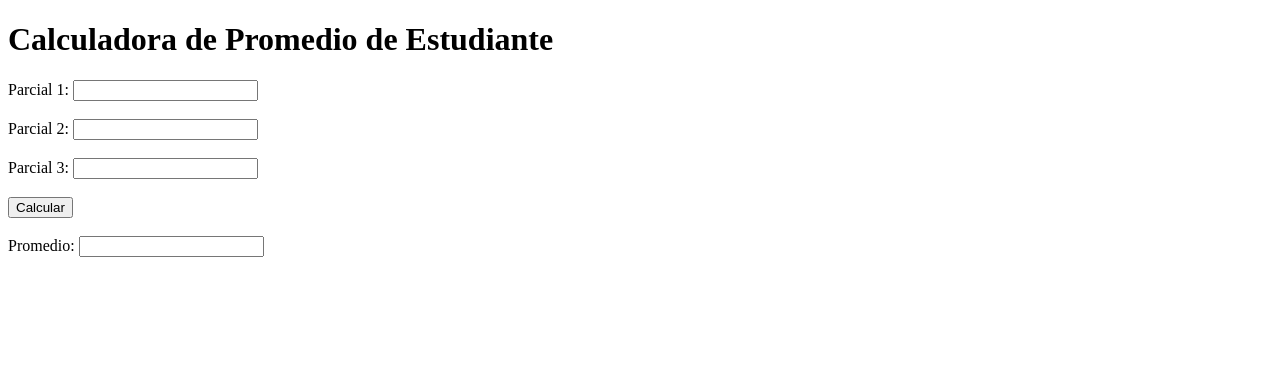
Repository: JoyMoGas/javascript-learn
Page: popo.html
An editor plug-in stored every save of this project. The page is shown before and after the next save, followed by the edit.
The browser window is 1280 px wide. The pictures show the whole page.

Above is the page before, as saved 2024-05-13 22:30:18.

### popo.html
<!DOCTYPE html>
<html lang="es">
<head>
    <meta charset="UTF-8">
    <meta name="viewport" content="width=device-width, initial-scale=1.0">
    <title>Calculadora de Promedio</title>
    <script>
        function calcularPromedio() {
            // Obtener los valores de los tres parciales
            var parcial1 = parseFloat(document.getElementById('parcial1').value) || 0;
            var parcial2 = parseFloat(document.getElementById('parcial2').value) || 0;
            var parcial3 = parseFloat(document.getElementById('parcial3').value) || 0;

            // Calcular el promedio
            var promedio = (parcial1 + parcial2 + parcial3) / 3;

            // Mostrar el resultado en el input de resultado
            document.getElementById('resultado').value = promedio.toFixed(2);
        }
    </script>
</head>
<body>
    <h1>Calculadora de Promedio de Estudiante</h1>
    <form onsubmit="event.preventDefault(); calcularPromedio();">
        <label for="parcial1">Parcial 1:</label>
        <input type="text" id="parcial1"><br><br>
        <label for="parcial2">Parcial 2:</label>
        <input type="text" id="parcial2"><br><br>
        <label for="parcial3">Parcial 3:</label>
        <input type="text" id="parcial3"><br><br>
        <button type="submit">Calcular</button><br><br>
        <label for="resultado">Promedio:</label>
        <input type="text" id="resultado" readonly><br><br>
    </form>
</body>
</html>

After the next save:
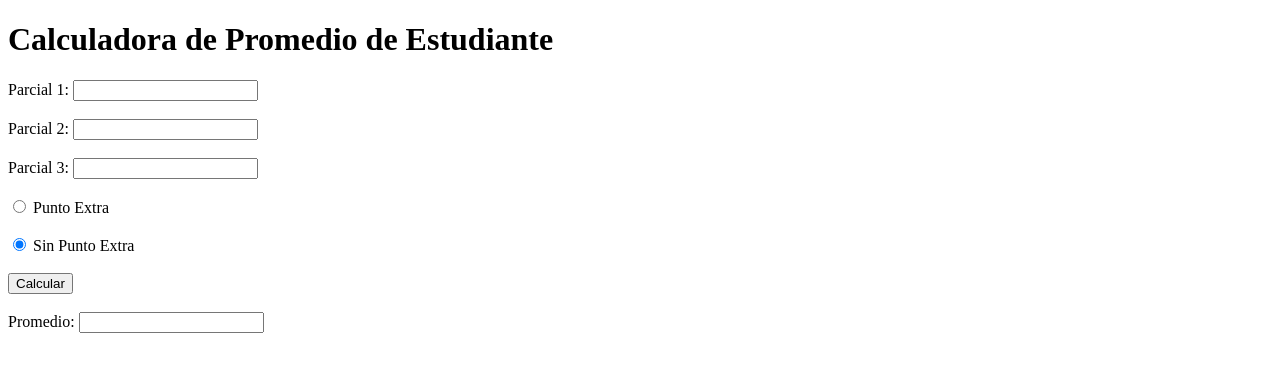
Saved 2 min 29 s later.
--- a/popo.html
+++ b/popo.html
@@ -11,8 +11,16 @@
             var parcial2 = parseFloat(document.getElementById('parcial2').value) || 0;
             var parcial3 = parseFloat(document.getElementById('parcial3').value) || 0;
 
+            // Verificar si el radio de punto extra está seleccionado
+            var puntoExtra = document.getElementById('puntoextra').checked;
+
             // Calcular el promedio
             var promedio = (parcial1 + parcial2 + parcial3) / 3;
+
+            // Sumar 1 al promedio si el radio de punto extra está seleccionado
+            if (puntoExtra) {
+                promedio += 1;
+            }
 
             // Mostrar el resultado en el input de resultado
             document.getElementById('resultado').value = promedio.toFixed(2);
@@ -28,6 +36,10 @@
         <input type="text" id="parcial2"><br><br>
         <label for="parcial3">Parcial 3:</label>
         <input type="text" id="parcial3"><br><br>
+        <input type="radio" id="puntoextra" name="extra" value="puntoextra">
+        <label for="puntoextra">Punto Extra</label><br><br>
+        <input type="radio" id="sinpunto" name="extra" value="sinpunto" checked>
+        <label for="sinpunto">Sin Punto Extra</label><br><br>
         <button type="submit">Calcular</button><br><br>
         <label for="resultado">Promedio:</label>
         <input type="text" id="resultado" readonly><br><br>
